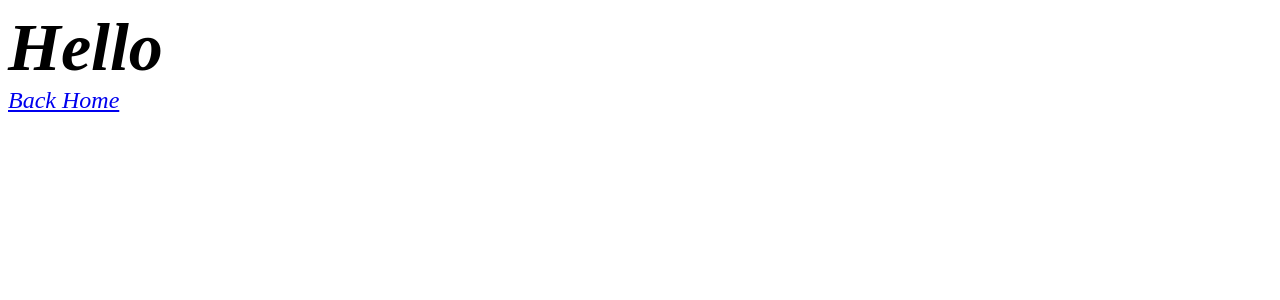
Repository: JayWelborn/CS50x-archive
Page: http://localhost/week8/exercises/page2.php
The author's editor kept a record of every edit. The page is drawn from the files as they stood at one moment, then again after the next edit.
The browser window is 1280 px wide. The pictures show the whole page.
The page is run by PHP 8.4 with error messages shown; the project is at /var/www/html/.

Above is the page before.

After the next edit:
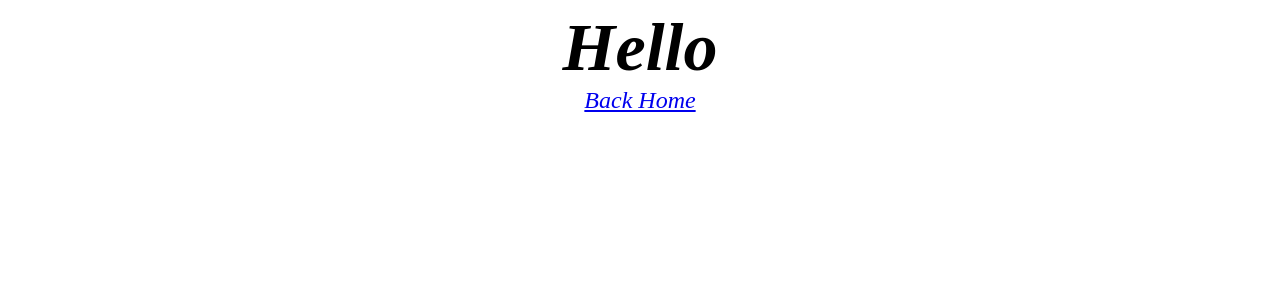
The edit:
--- a/workspace/week8/exercises/page2.php
+++ b/workspace/week8/exercises/page2.php
@@ -2,7 +2,7 @@
 <html>
     <head>
         <style>
-            #body
+            body
             {
                 text-align: center;
             }
